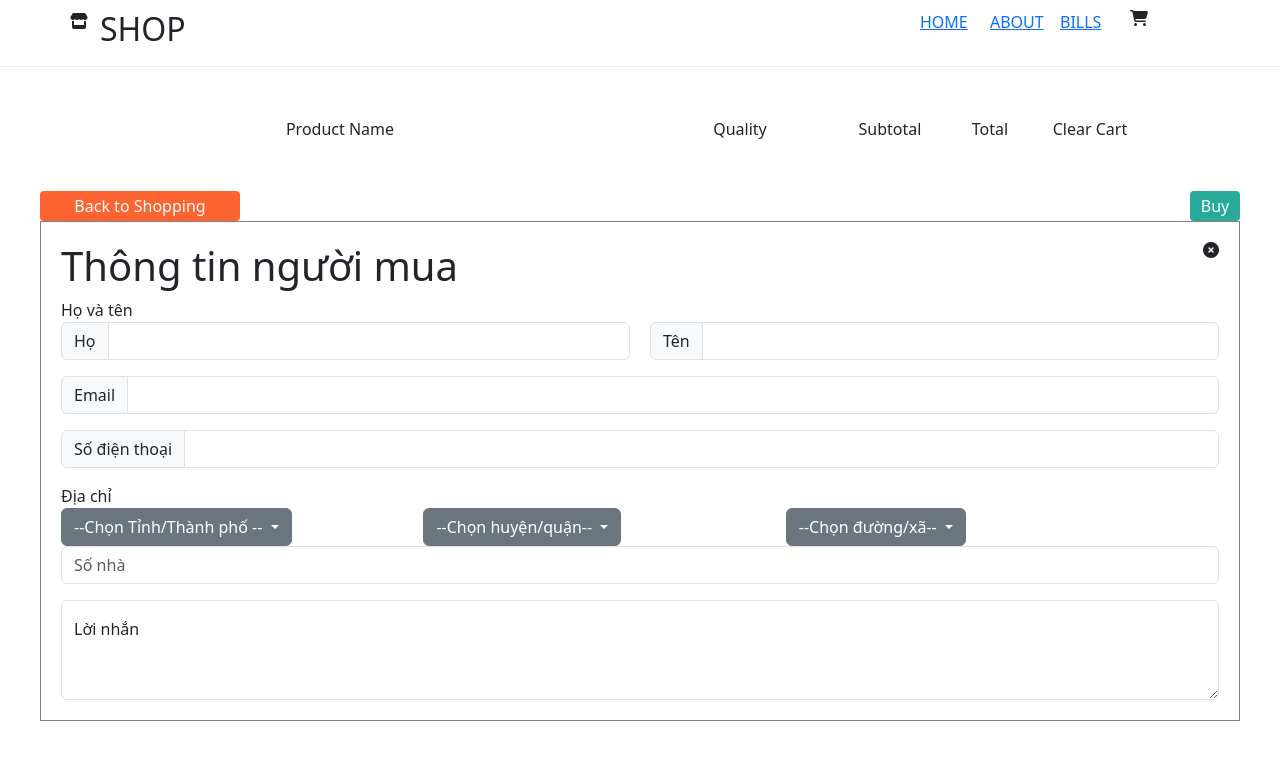
Repository: nguyenhaidang212/danh-sach-ban-hang
Page: index.html
The author's editor kept a copy of each file at every save. The page is drawn from the files as they stood at one save, then again after the next save.
The browser window is 1280 px wide. The pictures show the whole page.
Some web libraries are served in a nearby version.

Above is the page before, as saved 2023-02-10 14:50:26.

After the next save:
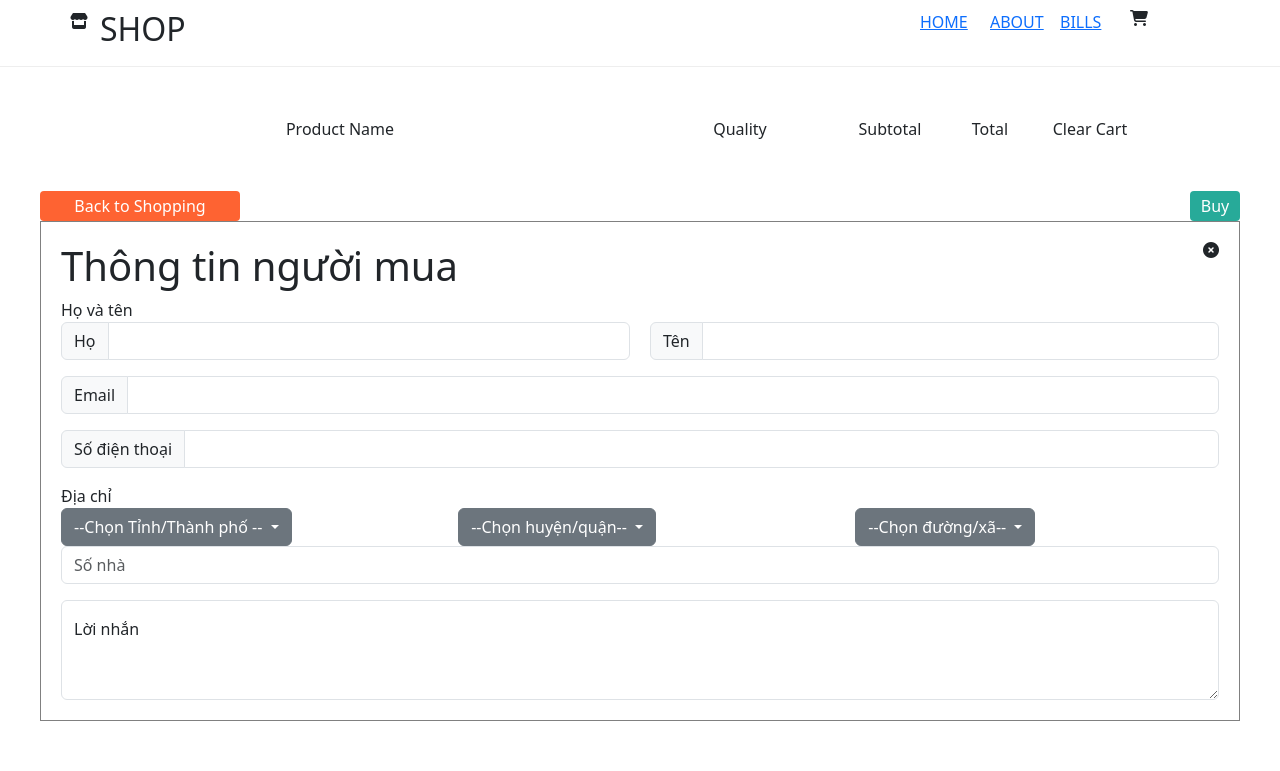
Saved 10 s later.
--- a/style.css
+++ b/style.css
@@ -176,9 +176,6 @@ main {
 }
 .address {
   display: grid;
-  grid-template-columns: 30% 30% 30%;
+  grid-template-columns: 33% 33% 33%;
   column-gap: 15px;
 }
-.dropdown {
-  width: 200px;
-}
